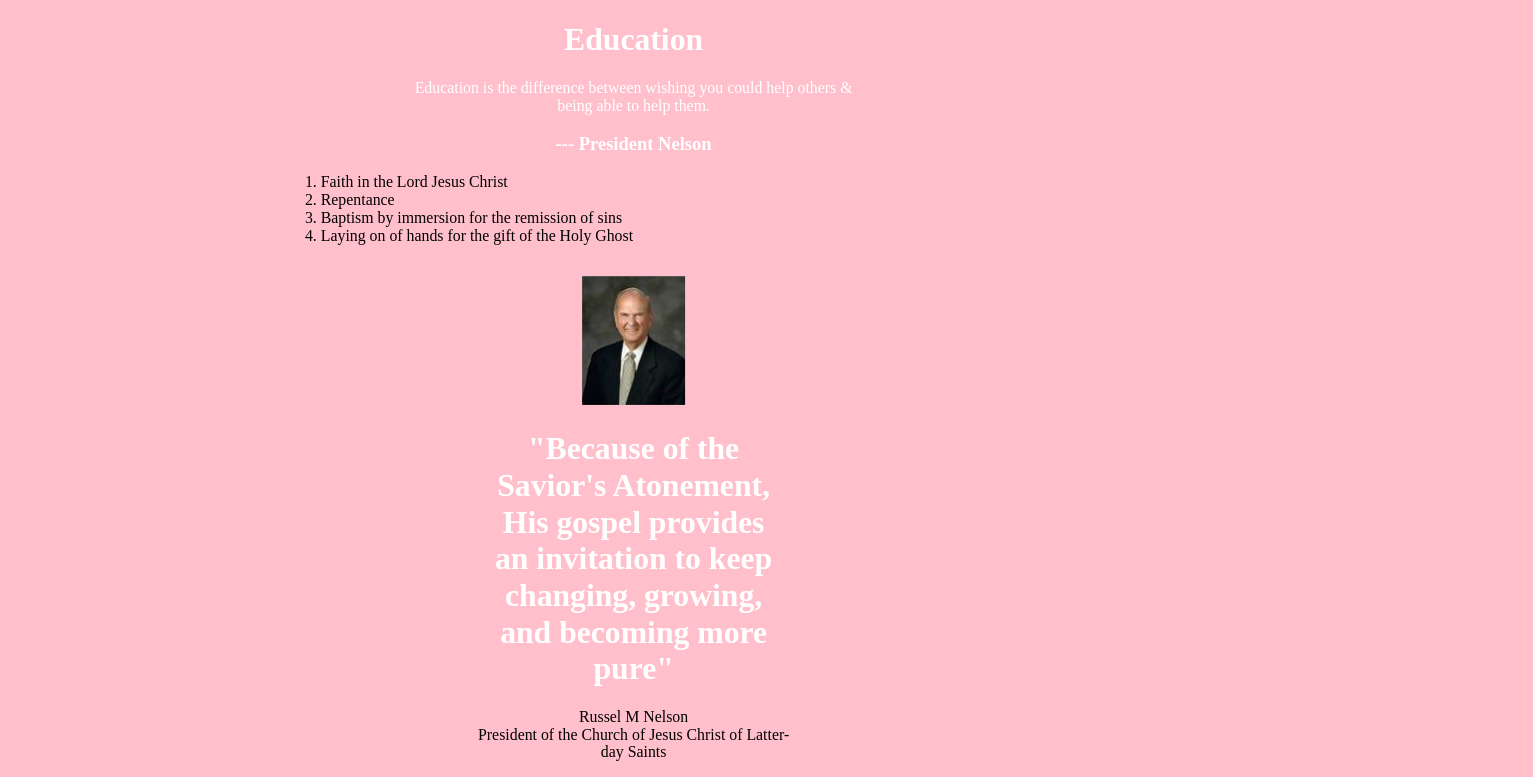
Repository: nak97/WDD-130
Page: ice challenge/index.html
An editor plug-in stored every save of this project. The page is shown before and after the next save, followed by the edit.
The browser window is 1280 px wide. The page is 1548 px wide, so the pictures cover 1548 px, including what lies to the right of the window. The pictures show the whole page, at 99% of full size.

Above is the page before, as saved 2023-01-24 21:31:35.

### ice challenge/index.html
<!DOCTYPE html>

<html>
  <head>
    <meta charset="utf-8">
    <meta http-equiv="X-UA-Compatible" content="IE=edge">
    <title></title>
    <meta name="description" content="">
    <meta name="viewport" content="width=device-width, initial-scale=1">
    <link rel="stylesheet" href="styles.css">
  </head>
  <body>


      <div class="top-info">
   <h1>Education  </h1>
   <p>Education is the difference between wishing you could help others & <br> being able to help them.</p>
   <h3>--- President Nelson</h3>
    </div>
   <ol type="1">
    <li>Faith in the Lord Jesus Christ</li>
    <li>Repentance</li>
    <li>Baptism by immersion for the remission of sins</li>
    <li>Laying on of hands for the gift of the Holy Ghost</li>
  </ol>
  <div class="bot-info">
  <img src="data:[embedded picture, 3119 characters]" alt="Pres Nelly">
<h1 id="quote">"Because of the <br> Savior's Atonement,<br> His gospel provides <br> an invitation to keep <br> changing, growing, <br> and becoming more <br> pure"</h1>
<footer><p>Russel M Nelson <br>President of the Church of Jesus Christ of Latter- <br> day Saints</p>
</footer>
</div>
  </body>

</html>

### ice challenge/styles.css
.top-info {
  text-align: center;
  color: white;
}

ol{
  position: relative;
  left: 17.25em;
  padding-bottom: 16px;
}
.bot-info {
text-align: center;
}


body {
  background: pink;
}
 #quote {
  color: white;
 }

After the next save:
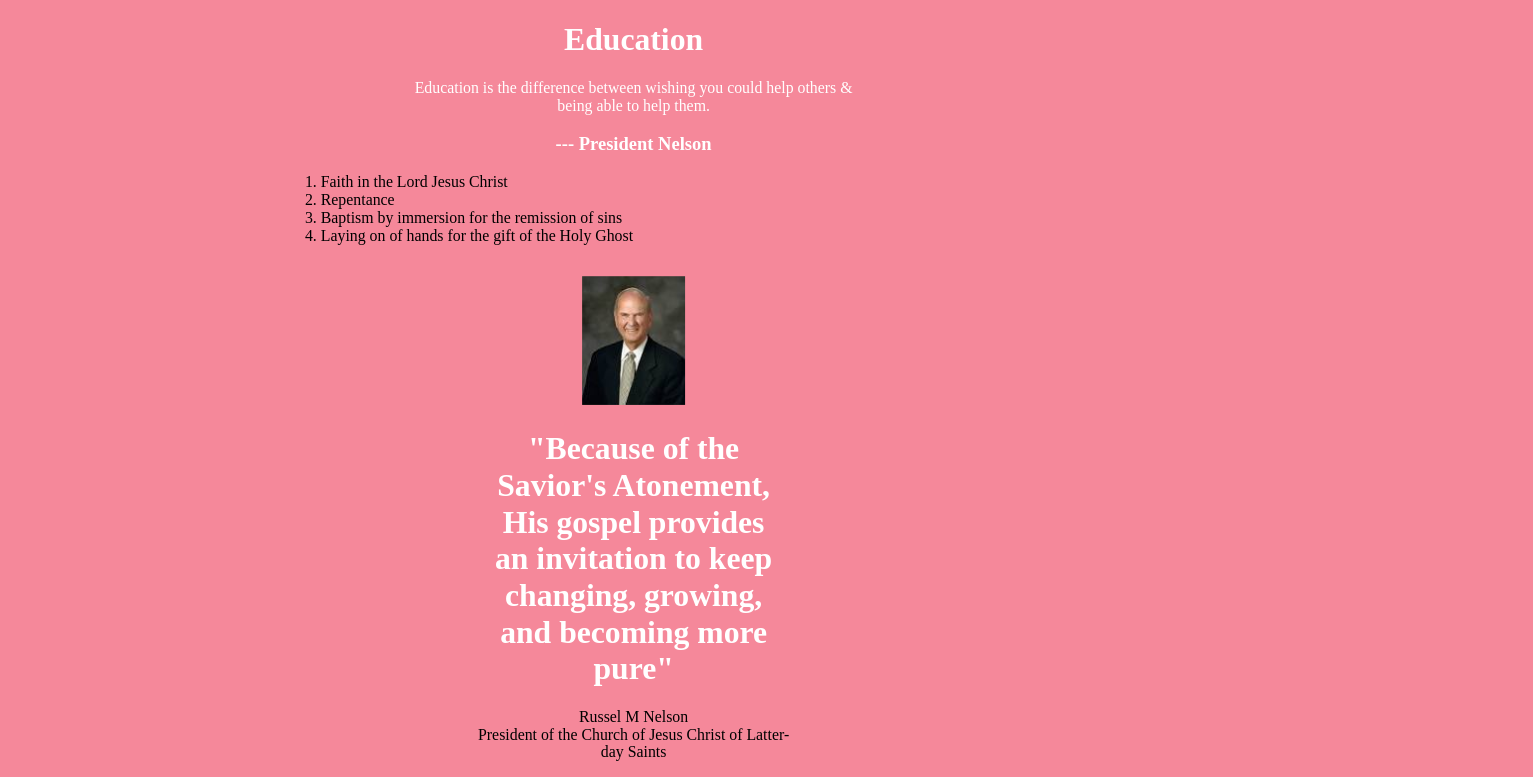
Saved 16 s later.
--- a/ice challenge/styles.css
+++ b/ice challenge/styles.css
@@ -14,7 +14,7 @@
 
 
 body {
-  background: pink;
+  background: rgb(245, 136, 154);
 }
  #quote {
   color: white;
